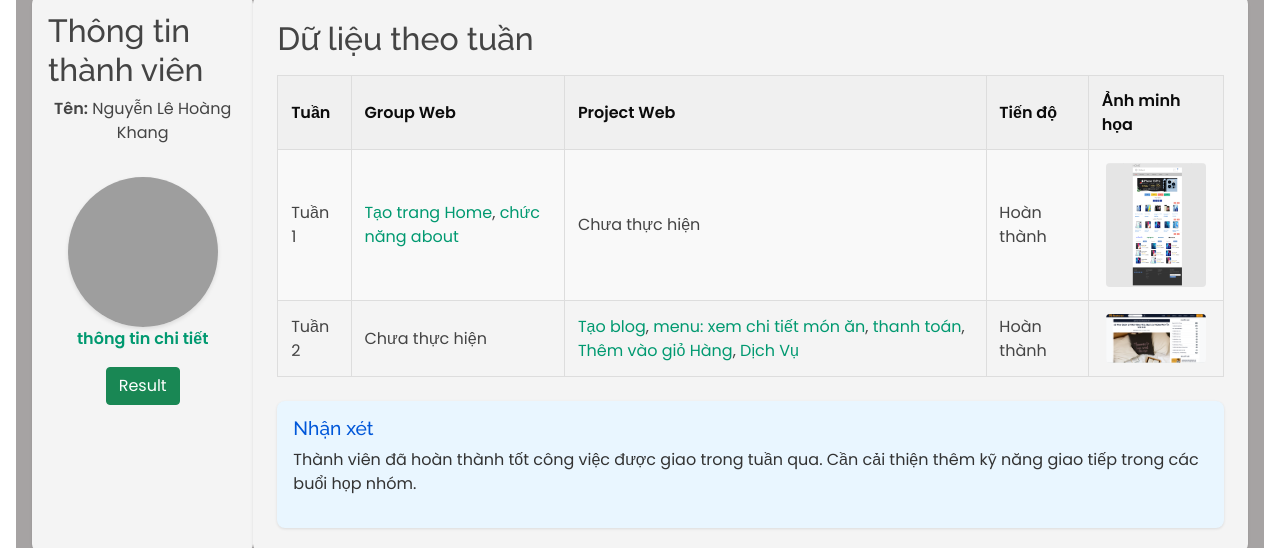
Repository: HoangKhangKhuPho4/Group_Web
Page: results.html
An editor plug-in stored every save of this project. The page is shown before and after the next save, followed by the edit.
The browser window is 1280 px wide. The pictures show the part of the page from y = 1113 to 1661 px (the page is 3095 px tall before and 3195 px after).
Pictures or frames that could not be fetched are drawn as grey boxes. A picture or video elsewhere on the page could not be fetched, so the positions and the page height are approximate.

Above is the page before, as saved 2025-01-18 20:04:56.

After the next save:
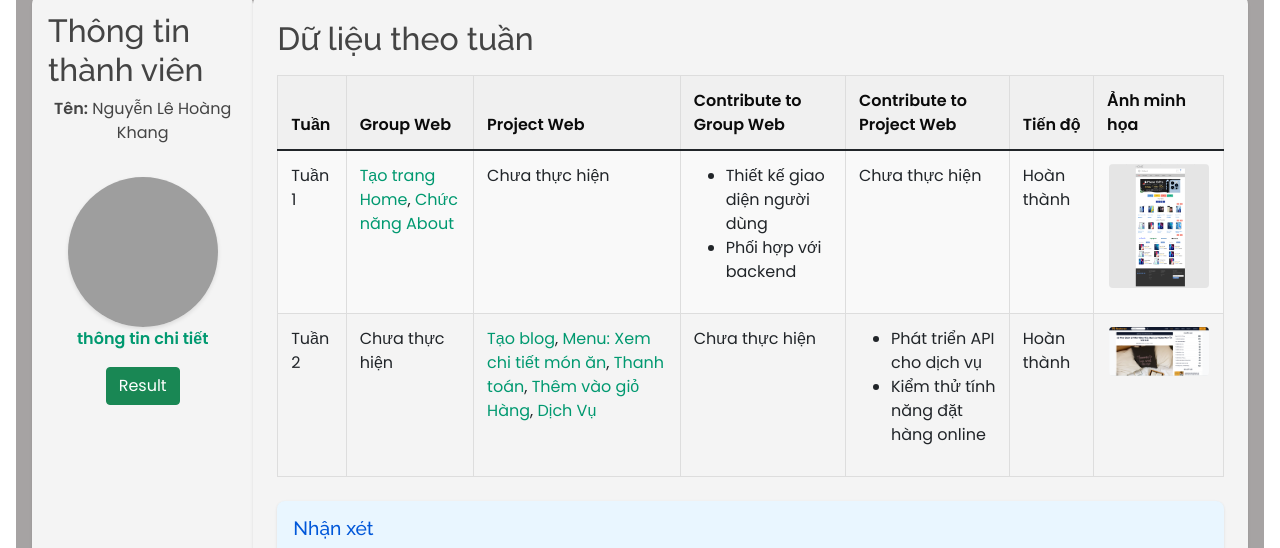
Saved 7 min 50 s later.
--- a/results.html
+++ b/results.html
@@ -190,12 +190,14 @@
     </div>
     <div class="weekly-data">
         <h2>Dữ liệu theo tuần</h2>
-        <table>
+        <table class="table table-bordered">
             <thead>
                 <tr>
                     <th>Tuần</th>
                     <th>Group Web</th>
                     <th>Project Web</th>
+                    <th>Contribute to Group Web</th>
+                    <th>Contribute to Project Web</th>
                     <th>Tiến độ</th>
                     <th>Ảnh minh họa</th>
                 </tr>
@@ -205,7 +207,14 @@
                     <td>Tuần 1</td>
                     <td>
                         <a href="home.html">Tạo trang Home</a>,
-                        <a href="about.html">chức năng about</a>
+                        <a href="about.html">Chức năng About</a>
+                    </td>
+                    <td>Chưa thực hiện</td>
+                    <td>
+                        <ul>
+                            <li>Thiết kế giao diện người dùng</li>
+                            <li>Phối hợp với backend</li>
+                        </ul>
                     </td>
                     <td>Chưa thực hiện</td>
                     <td>Hoàn thành</td>
@@ -218,16 +227,24 @@
                     <td>Chưa thực hiện</td>
                     <td>
                         <a href="blog.html">Tạo blog</a>,
-                        <a href="menu.html">menu: xem chi tiết món ăn</a>,
-                        <a href="payment.html">thanh toán</a>,
+                        <a href="menu.html">Menu: Xem chi tiết món ăn</a>,
+                        <a href="payment.html">Thanh toán</a>,
                         <a href="cart.html">Thêm vào giỏ Hàng</a>,
                         <a href="service.html">Dịch Vụ</a>
                     </td>
+                    <td>Chưa thực hiện</td>
+                    <td>
+                        <ul>
+                            <li>Phát triển API cho dịch vụ</li>
+                            <li>Kiểm thử tính năng đặt hàng online</li>
+                        </ul>
+                    </td>
                     <td>Hoàn thành</td>
                     <td>
                         <img src="img/project/bolg.png" alt="Ảnh tuần 2" class="week-photo">
                     </td>
                 </tr>
+                <!-- Thêm các hàng khác nếu cần -->
             </tbody>
         </table>
         <div class="feedback">
